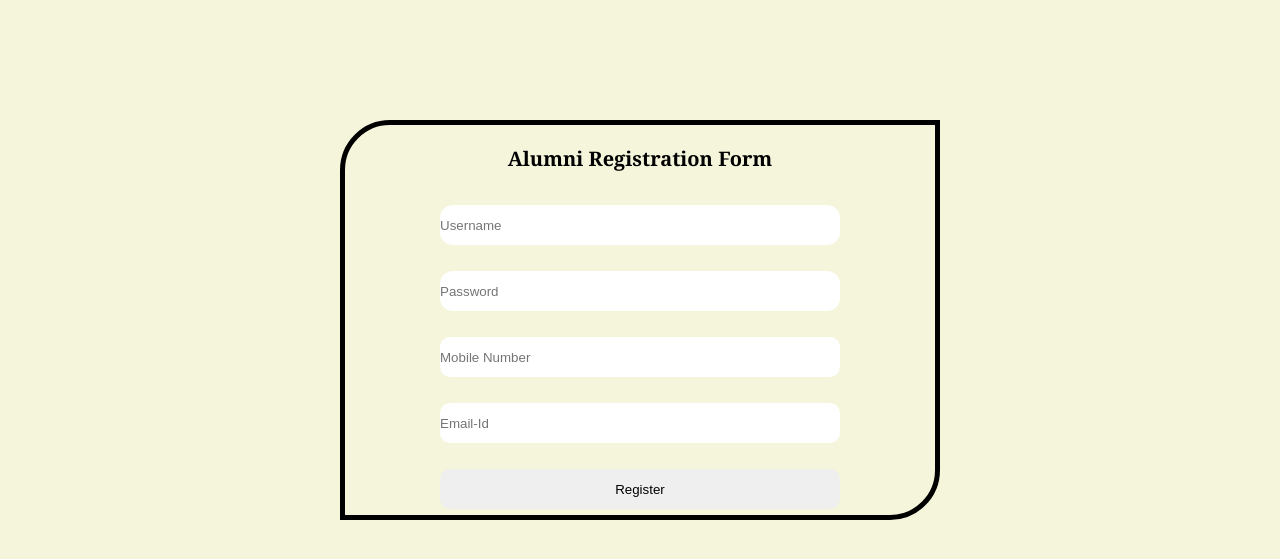
Repository: Shreyash1107/Web_Projects
Page: http://localhost/AlumnieventmanagementApplication/Register.jsp
These files come from the project's save history. The page is drawn as it stood at one moment and after the next save; the edit follows.
The browser window is 1280 px wide. The pictures show the whole page.
The page is served by Tomcat 9. Nobody is signed in. The application's start-up code is not run.

Above is the page before, as saved 2024-07-21 07:15:00.

After the next save:
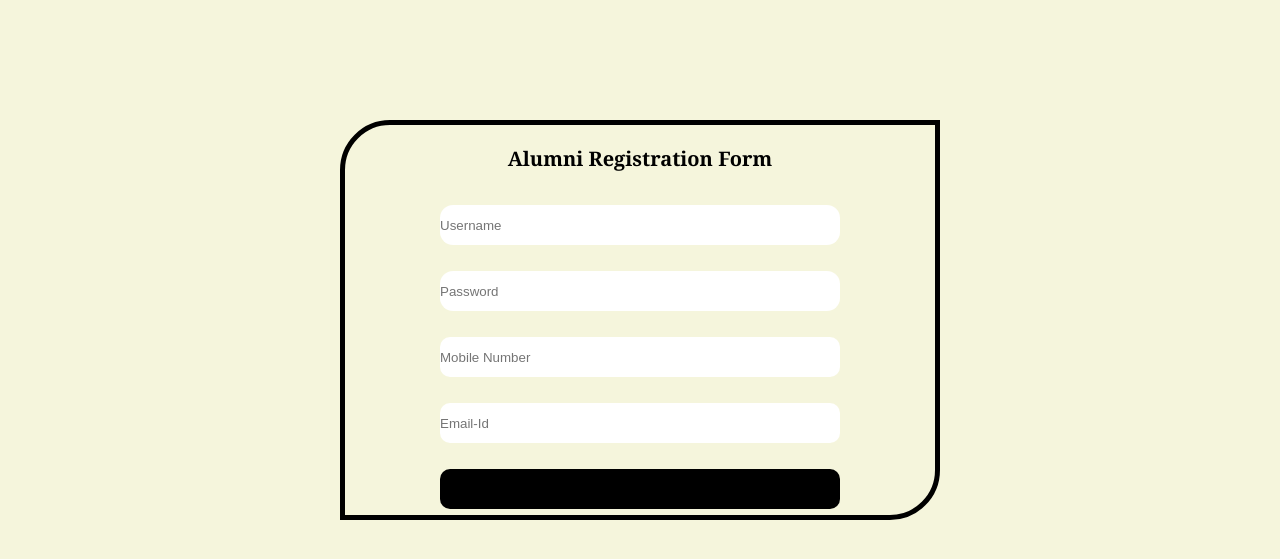
Saved 69 s later.
--- a/AlumnieventmanagementApplication/src/main/webapp/CSS/register.css
+++ b/AlumnieventmanagementApplication/src/main/webapp/CSS/register.css
@@ -64,3 +64,11 @@ input[type='email']
 	border-radius: 10px;
 	border:none;
 }
+input[type='submit']
+{
+	width: 400px;
+	height:40px;
+	border-radius: 10px;
+	border:none;
+	background-color: black;
+}
